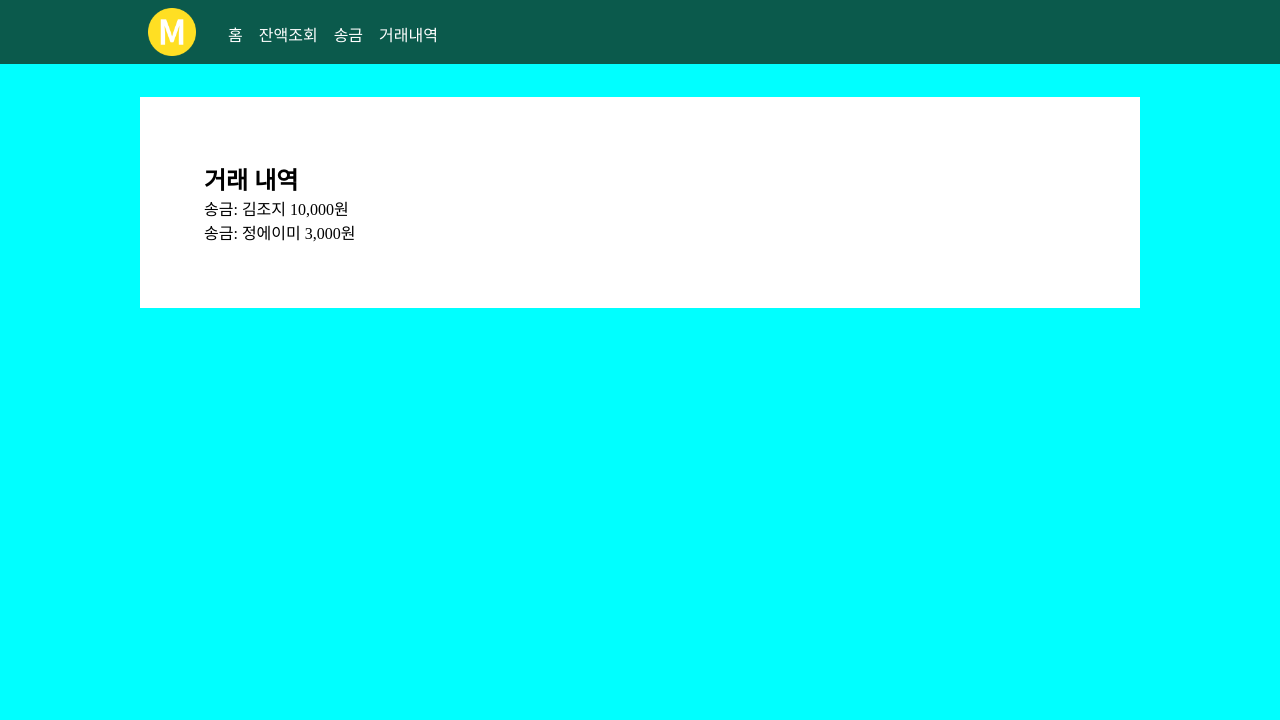
Repository: JiNookk/makaobank
Page: week06/makaoBank/transaction.html
These files come from the project's save history. The page is drawn as it stood at one moment and after the next save; the edit follows.
The browser window is 1280 px wide. The pictures show the whole page.

Above is the page before, as saved 2022-09-13 17:19:59.

### week06/makaoBank/transaction.html
<!DOCTYPE html>
<html lang="ko">
    <head>
        <meta charset="UTF-8">
        <title>마카오 뱅크</title>
        <!-- <link rel="favicon for makaoBank" href="./resources/logo.png"> favicon나중에 넣어보기-->
        <link rel="stylesheet" href="./css/reset.css">
        <link rel="stylesheet" href="./css/layout.css">
        <link rel="stylesheet" href="./css/elements.css">
    </head>
    <body>
        <header>
            <nav id="nav-item-container">
                <a href="./index.html">
                    <img id="home-logo" alt="makaoBank home Button" src="./resources/logo.png">
                </a>
                <a href="./index.html">홈</a>
                <a href="./amount.html">잔액조회</a>
                <a href="./transfer.html">송금</a>
                <a href="./transaction.html">거래내역</a>
            </nav>
        </header>
        <main>
            <section class="content-container">
               <h1>거래 내역</h1>
               <p>송금: 김조지 10,000원</p>
               <p>송금: 정에이미 3,000원</p>
            </section>
        </main>
    </body>
</html>

### week06/makaoBank/css/reset.css
* {
    box-sizing: border-box;
    margin: 0px;
    padding: 0px;
}

### week06/makaoBank/css/layout.css
html{
    width: 100%;
    height: 100%;
}

body{
    display: grid;
    grid: 4rem 1fr 18fr 1fr / 1fr 500px 500px 1fr;

    grid-template-areas:
    "header header header header"
    ". . . ."
    ". main main ."
    ". . . .";

    color: white;
    background-color: aqua;

    width: 100%;
    height: 100%;
}

#home-contents-container{
    grid: 4rem 1fr 300px 1fr / 1fr 500px 500px 1fr;
    grid-template-areas:
    "header header header header"
    ". . . ."
    ". main main ."
    ". . . .";
}

header{
    grid-column-start: span 4;
    grid-area:header;

    display: grid;
    grid-template-columns: 1fr 500px 500px 1fr;

    height: 4rem;
    background-color: rgb(11,90,76);
}

nav{
    grid-column-start: 2;
    grid-row-start: 1;
}

nav *{
    margin-right: 1rem;
}

main{
    grid-area: main;
}

aside{
    grid-area: aside;
}

### week06/makaoBank/css/elements.css
/* aside>div{
    background-image: url("../resources/saving.png");
    width: 100%;
    height: 100%;
} */

a{
    color: white;
    text-decoration: none;
}

#nav-item-container{
    display: flex;

    align-items: center;

    padding: .5rem;
}

#home-items-container{
    display: flex;
}

#home-logo{
    height: 3rem;
}

#home-description{
    font-size: 1.8rem;

    display: flex;
    flex-direction: column;
    align-items: center;

    width: 500px;
}

#home-description button{
    font-size: .6rem;

    justify-self: center;
    margin: .3rem;
    margin-top: 3rem;

    background-color: rgb(11,90,76);
    color: white;

    width: 160px;
    height: 65px;

    border-radius: 2.3rem;
}

#saving-image{
    width: 72vh;
    height: 40vh;
}

.content-container{
    padding: 4rem;

    background-color: white;
}

.content-container *{
    color: black;
}

After the next save:
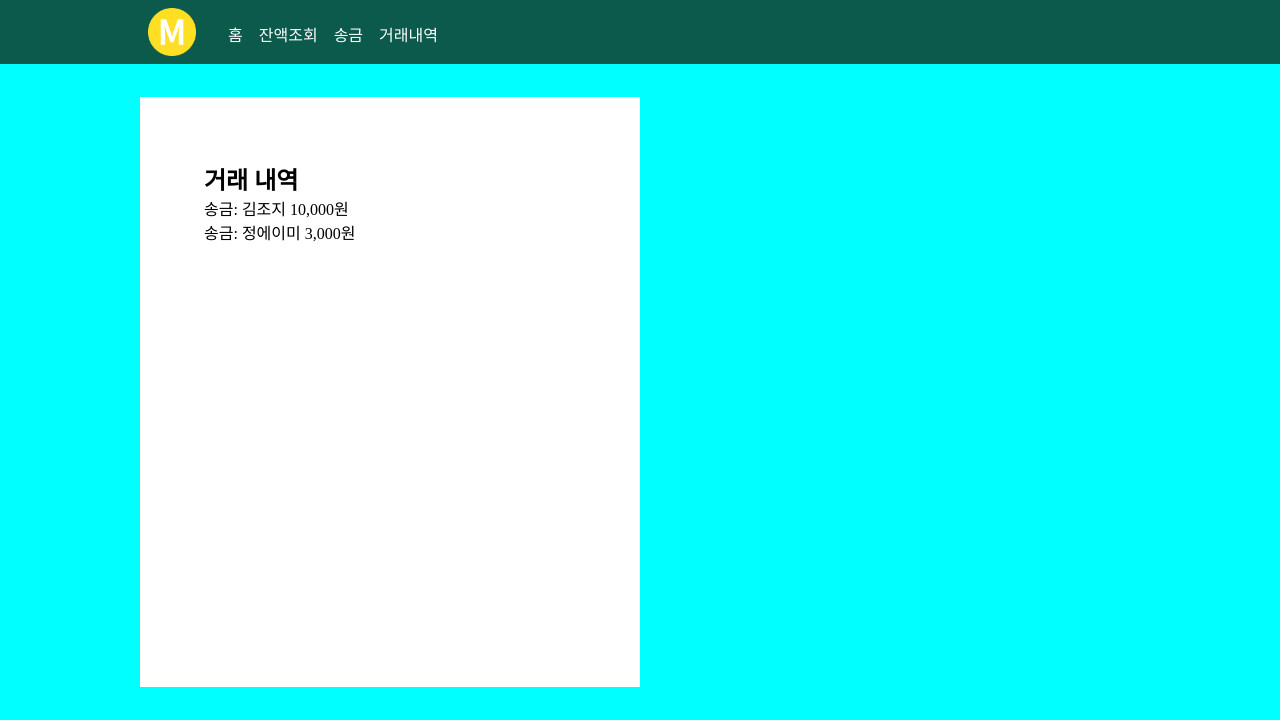
Saved 2 min 53 s later.
--- a/week06/makaoBank/css/elements.css
+++ b/week06/makaoBank/css/elements.css
@@ -59,6 +59,9 @@ a{
 .content-container{
     padding: 4rem;
 
+    width: 50%;
+    height: 100%;
+
     background-color: white;
 }
 
